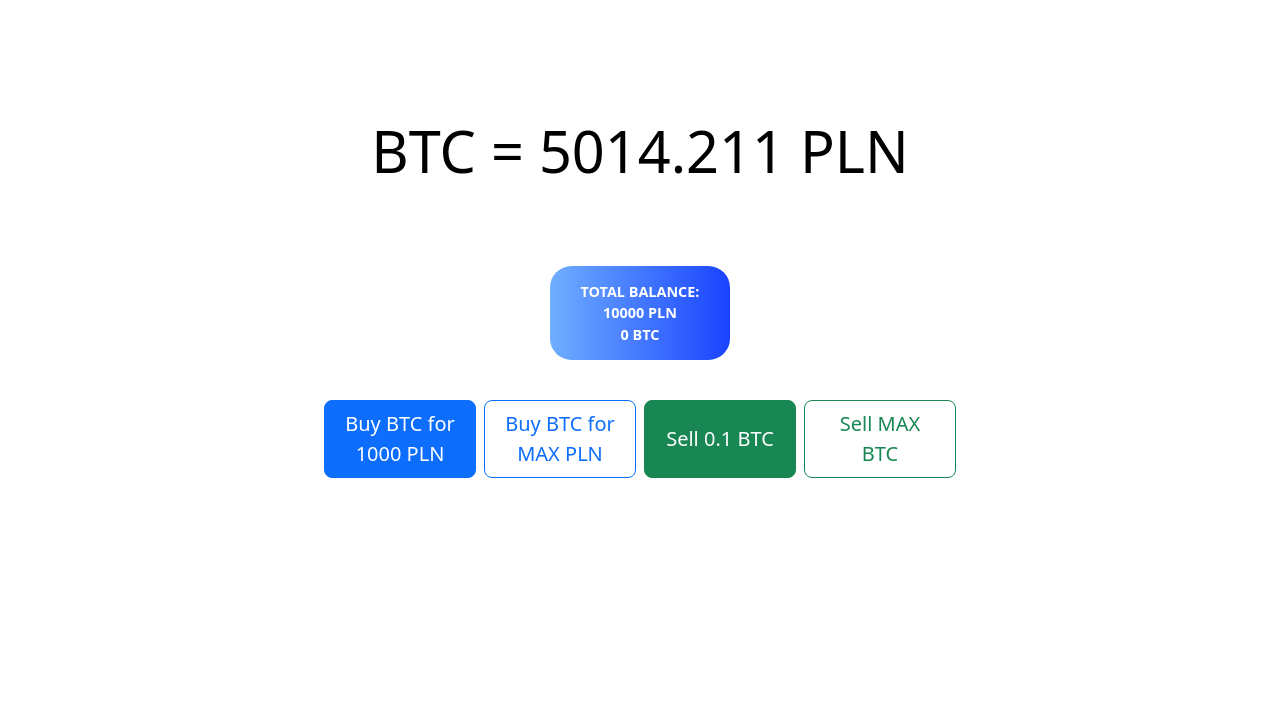
Repository: michalgornicki/bitcoin-virtual
Page: /
The author's editor kept a copy of each file at every save. The page is drawn from the files as they stood at one save, then again after a run of saves.
The browser window is 1280 px wide. The pictures show the whole page.
The project was rebuilt for these pictures with package versions that can differ from the ones it lists, and the page was loaded fresh each time.

Above is the page before, as saved 2021-12-05 22:51:25.

### src/App.jsx
import React, { useState, useEffect } from "react";
import "./App.css";
import Button from "react-bootstrap/Button";
import "bootstrap/dist/css/bootstrap.min.css";

function App() {
  const [bitcoinPrice, setBitcoinPrice] = useState(5000);
  const [accountPLN, setAccountPLN] = useState(10000);
  const [accountBTC, setAccountBTC] = useState(0);

  const bitcoin = () => {
    let randomNumber = parseFloat((Math.random() * 20 - 10).toFixed(3));
    setBitcoinPrice((bitcoinPrice) =>
      parseFloat((bitcoinPrice + randomNumber).toFixed(3))
    );
    console.log(bitcoinPrice);

    setTimeout(bitcoin, 1000);
  };

  const buyBitcoin = () => {
    if (accountPLN >= 1000) {
      setAccountPLN(accountPLN - 1000);
      setAccountBTC((accountBTC) =>
        parseFloat((accountBTC + 1000 / bitcoinPrice).toFixed(6))
      );
      console.log(accountBTC);
    } else {
      setAccountPLN(0);
      setAccountBTC((accountBTC) =>
        parseFloat((accountBTC + accountPLN / bitcoinPrice).toFixed(6))
      );
    }
  };

  const buyMAXBitcoin = () => {
      setAccountPLN(0);
      setAccountBTC((accountBTC) =>
        parseFloat((accountBTC + accountPLN/bitcoinPrice).toFixed(6))
      );
      console.log(accountBTC);
  };

  const sellBitcoin = () => {
    if (accountBTC >= 0.1) {
      setAccountPLN(parseFloat((accountPLN + bitcoinPrice / 10).toFixed(6)));
      setAccountBTC((accountBTC) => parseFloat((accountBTC - 0.1).toFixed(6)));
      console.log(accountBTC);
    } else {
      setAccountPLN(
        parseFloat((accountPLN + bitcoinPrice * accountBTC).toFixed(6))
      );
      setAccountBTC((accountBTC) => parseFloat((0).toFixed(6)));
    }
  };

  const sellMAXBitcoin = () => {
      setAccountPLN(parseFloat((accountPLN + bitcoinPrice*accountBTC).toFixed(6)));
      setAccountBTC(0);
      console.log(accountBTC);
  };

  useEffect(() => {
    bitcoin();
  }, []);

  return (
    <div className="wrapper">
      <div className="price">BTC = {bitcoinPrice} PLN</div>
      <div className="account-container">
        <div className="account">TOTAL BALANCE:</div>
        <div className="account">{accountPLN} PLN</div>
        <div className="account">{accountBTC} BTC</div>
      </div>

      <div className="button-container w-50 m-auto">
        <Button variant="primary m-1 btn-lg w-50" onClick={buyBitcoin}>
          Buy BTC for 1000 PLN
        </Button>
        <Button variant="outline-primary m-1 btn-lg w-50" onClick={buyMAXBitcoin}>
          Buy BTC for MAX PLN
        </Button>
        <Button variant="success m-1 btn-lg w-50" onClick={sellBitcoin}>
          Sell 0.1 BTC
        </Button>
        <Button variant="outline-success m-1 btn-lg w-50" onClick={sellMAXBitcoin}>
          Sell MAX BTC
        </Button>
      </div>
    </div>
  );
}

export default App;

### src/App.css

body{
    font-family:'Segoe UI', Tahoma, Geneva, Verdana, sans-serif;
    user-select: none;
}

.wrapper{
    background: linear-gradient() ;
    height: 100vh;
}

.price{
    font-size: 8vmin;
    display: block;
    margin: auto;
    padding-top: 15vmin;
    text-align: center;
    width: 50%;
    color: rgb(0, 0, 0);
}

.account-container{
    display: block;
    margin: auto;
    margin-top: 10vmin;
    margin-bottom: 5vmin;
    background: linear-gradient(to left, rgb(25, 67, 255), rgb(111, 174, 255));
    color: white;
    padding: 2vmin;
    border-radius: 3vmin;
    width: 14%;
}

.account{
    font-size: 2vmin;
    font-weight: 600;
    display: block;
    margin: auto;
    text-align: center;
}

.button-container{
    display: flex;
    justify-content: center;
}

.button{
    height: 10vmin;
    width: 10vmin;
    background-color: green;
    color: white;
    text-align: center;
    display: block;
    margin: 2vmin;
    margin-top: 10vmin;
    cursor: pointer;
}

Loaded but not shown: public/index.html (common file); src/index.js (common file); src/index.css (common file); src/reportWebVitals.js (common file)

After the next 3 saves:
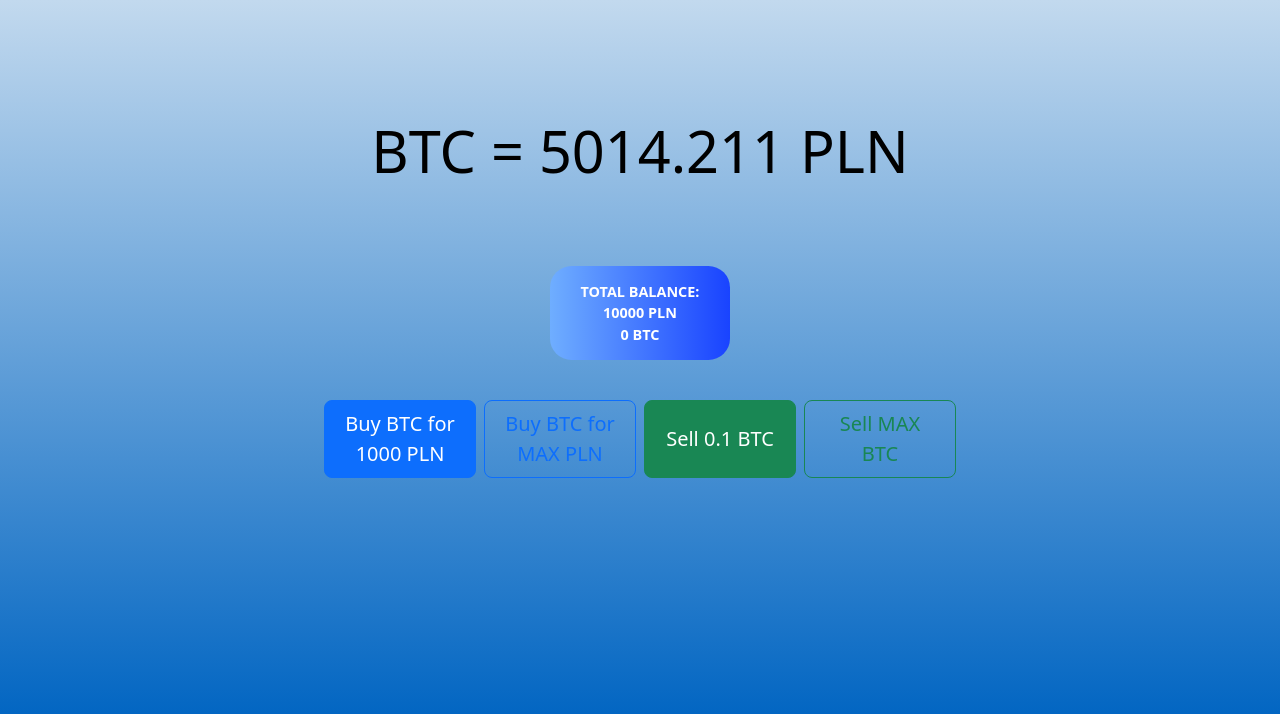
The 3 saves are shown as one change because they came seconds apart.
The last was saved 8 s later.
--- a/src/App.css
+++ b/src/App.css
@@ -5,7 +5,7 @@ body{
 }
 
 .wrapper{
-    background: linear-gradient() ;
+    background: linear-gradient(rgb(194, 217, 238), rgb(1, 101, 194));
     height: 100vh;
 }
 
